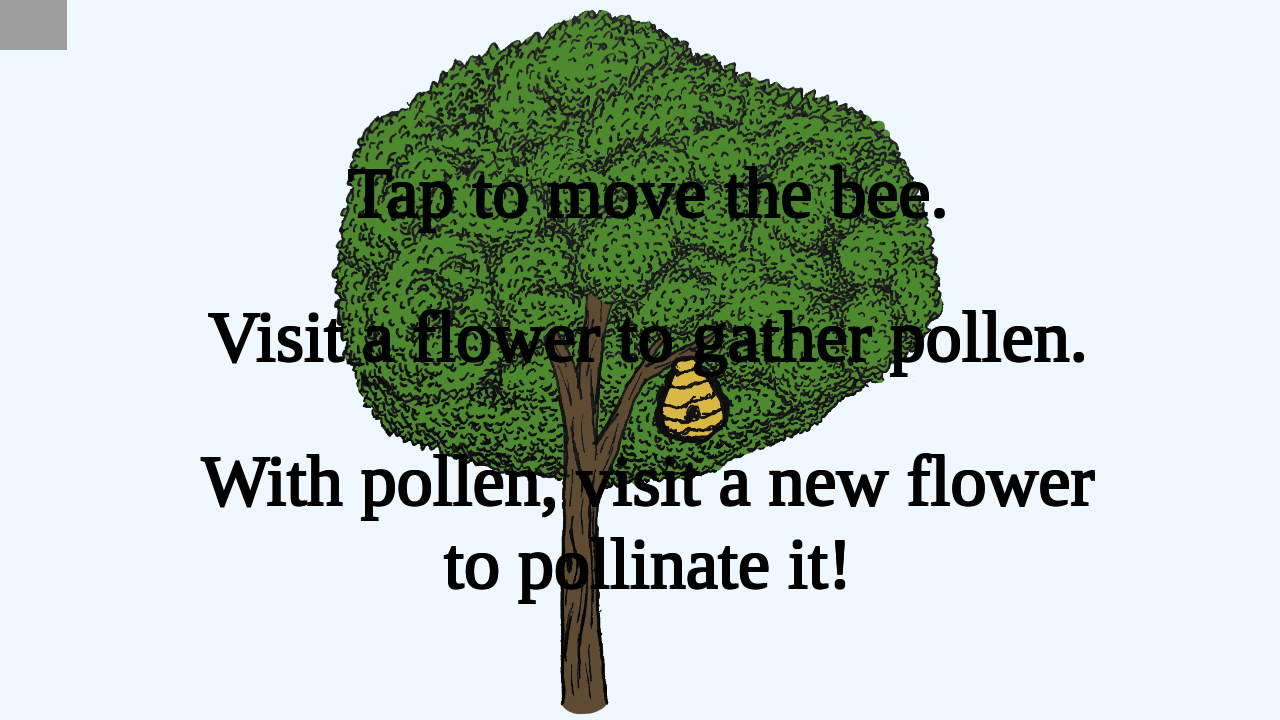
Repository: GhaidaElSaied/edu-Learning-Application
Page: workspace/app/views/interactions/bee.html
The author's editor kept a record of every edit. The page is drawn from the files as they stood at one moment, then again after the next edit.
The browser window is 1280 px wide. The pictures show the whole page.
Pictures or frames that could not be fetched are drawn as grey boxes.

Above is the page before.
Console error: ReferenceError: $ is not defined

### workspace/app/views/interactions/bee.html
<canvas id = "Canvas">
    Sorry, canvas not supported
</canvas>
<img id="bee" src="http://bestanimations.com/Animals/Insects/Bees/bee-animated-gif-36.gif" />
<img class="tree" src="../assets/treetransparent.png" />
<img class="flower" id="one" src="../assets/flower.png" />
<img class="flower" id="two" src="../assets/flower.png" />
<img class="flower" id="three" src="../assets/flower.png" />
<img class="flower" id="four" src="../assets/flower.png" />
<img class="flower" id="five" src="../assets/flower.png" />
<img class="flower" id="six" src="../assets/flower.png" />
<img class="flower" id="seven" src="../assets/flower.png" />
<img class="flower" id="eight" src="../assets/flower.png" />
<img class="flower" id="nine" src="../assets/flower.png" />

<img class="flower" id="aone" src="../assets/apple.png" />
<img class="flower" id="atwo" src="../assets/apple.png" />
<img class="flower" id="athree" src="../assets/apple.png" />
<img class="flower" id="afour" src="../assets/apple.png" />
<img class="flower" id="afive" src="../assets/apple.png" />
<img class="flower" id="asix" src="../assets/apple.png" />
<img class="flower" id="aseven" src="../assets/apple.png" />
<img class="flower" id="aeight" src="../assets/apple.png" />
<img class="flower" id="anine" src="../assets/apple.png" />

<div id="instructions">
    <p id="pone">Tap to move the bee.</p>
    <p id="ptwo">Visit a flower to gather pollen.</p>
    <p id="pthree">With pollen, visit a new flower</br> to pollinate it!</p>
</div>

<style>
    body{
        background-color: #f0f8ff;
    }

    canvas{
        position: absolute;
        width: 100%;
        height: 100%;
        z-index: 2;
    }

    #instructions{
        text-align: center;
        position: absolute;
        width: 100%;
        height: 100%;
        opacity: 1;
    }

    p{
        position: absolute;
        font-size: 10vh;
        left: 0;
        right: 0;
        margin: auto;
        z-index: 4;
        color: black;
        text-shadow:
            -1px -1px 0 #000,
            1px -1px 0 #000,
            -1px 1px 0 #000,
            1px 1px 0 #000;
    }

    #pone{
        top: 20%;
    }

    #ptwo{
        top: 40%;
    }

    #pthree{
        top: 60%;
    }

    #bee{
        position: absolute;
        top: 0;
        left: 0;
        width: auto;
        height: 50px;
        z-index: 3;
    }

    .tree{
        position: absolute;
        left: 0;
        right: 0;
        top: 0;
        bottom: 0;
        margin: auto;
        height: 100%;
        z-index: 0;
    }

    .flower{
        position: absolute;
        height: 5%;
        z-index: 1;
        opacity: 0;
    }

    #one{
        left: 45%;
        top: 8%;
    }

    #two{
        left: 34%;
        top: 48%;
    }

    #three{
        left: 41%;
        top: 41%;
    }

    #four{
        left: 56%;
        top: 36%;
    }

    #five{
        left: 62%;
        top: 46%;
    }

    #six{
        left: 37%;
        top: 25%;
    }

    #seven{
        left: 66%;
        top: 33%;
    }

    #eight{
        left: 55%;
        top: 20%;
    }

    #nine{
        left: 29%;
        top: 42%;
    }

    #aone{
        left: 45%;
        top: 8%;
    }

    #atwo{
        left: 34%;
        top: 48%;
    }

    #athree{
        left: 41%;
        top: 41%;
    }

    #afour{
        left: 56%;
        top: 36%;
    }

    #afive{
        left: 62%;
        top: 46%;
    }

    #asix{
        left: 37%;
        top: 25%;
    }

    #aseven{
        left: 66%;
        top: 33%;
    }

    #aeight{
        left: 55%;
        top: 20%;
    }

    #anine{
        left: 29%;
        top: 42%;
    }
</style>
<script>
    var canvas;
    $(function(){
        console.log("paper", paper)
        canvas = document.getElementById("Canvas"),
        paper.setup(canvas)

        InitializeBee()

        InitializeTree()
    });



canvas.addEventListener("touchend", function (e) {
    mX = e.pageX;
    mY = e.pageY;
});

canvas.addEventListener("touchstart", function (e) {
    if(!started){
        started = true;
        render();
    }
});

canvas.addEventListener("touchleave", function (e) {
    started = false;
});

var Ball = function (x, y, radius, color) {
    this.x = x || 0;
    this.y = y || 0;
    this.radius = radius || 10;
    this.speed = 5;
    this.color = color || "rgb(255,0,0)";

    this.velX = 0;
    this.velY = 0;
}

Ball.prototype.update = function (x, y) {
    // get the target x and y
    this.targetX = x;
    this.targetY = y;

    // We need to get the distance this time around
    var tx = this.targetX - this.x,
        ty = this.targetY - this.y,
        dist = Math.sqrt(tx * tx + ty * ty);

    /*
    * we calculate a velocity for our object this time around
    * divide the target x and y by the distance and multiply it by our speed
    * this gives us a constant movement speed.
    */

    this.velX = (tx / dist) * this.speed;
    this.velY = (ty / dist) * this.speed;

    // Stop once we hit our target. This stops the jittery bouncing of the object.
    if (dist > this.radius/2) {
        // add our velocities
        this.x += this.velX;
        this.y += this.velY;
    }
};

Ball.prototype.render = function () {
    ctx.fillStyle = this.color;
    ctx.beginPath();
    // draw our circle with x and y being the center
    ctx.arc(this.x-this.radius/2, this.y-this.radius/2, this.radius, 0, Math.PI * 2);
    ctx.closePath();
    ctx.fill();
};

var ball1 = new Ball(width/2, height/2, 10);

function render() {
    ctx.clearRect(0, 0, width, height);
    ball1.update(mX, mY);
    ball1.render();
    if(started){
        requestAnimationFrame(render);
    }
}

render();
</script>

After the next edit:
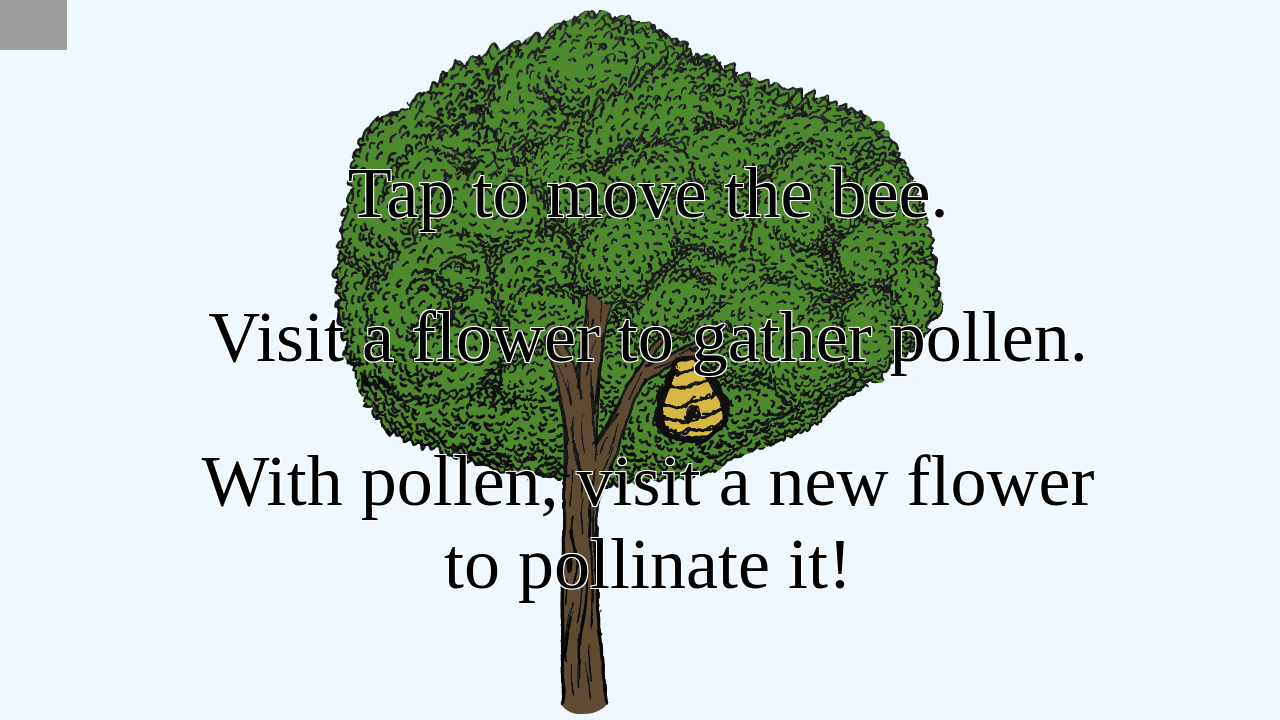
The edit:
--- a/workspace/app/views/interactions/bee.html
+++ b/workspace/app/views/interactions/bee.html
@@ -58,10 +58,10 @@
         z-index: 4;
         color: black;
         text-shadow:
-            -1px -1px 0 #000,
-            1px -1px 0 #000,
-            -1px 1px 0 #000,
-            1px 1px 0 #000;
+            -1px -1px 0 #fff,
+            1px -1px 0 #fff,
+            -1px 1px 0 #fff,
+            1px 1px 0 #fff;
     }
 
     #pone{
